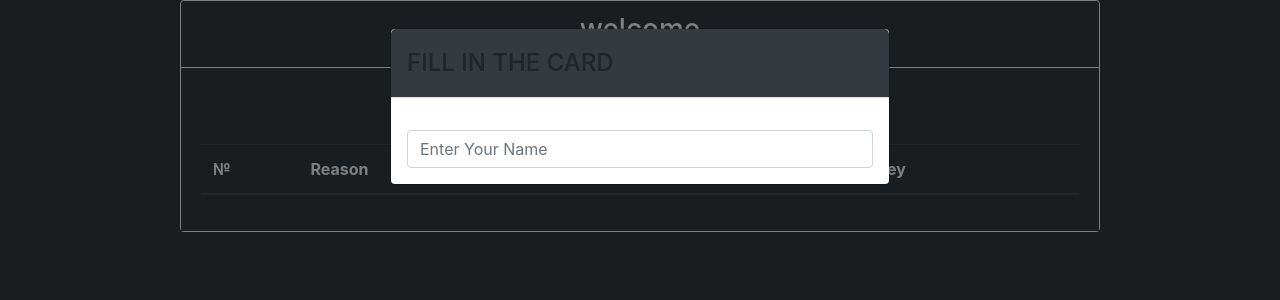
Repository: surefaceJS/allMyWorkInaliLinux
Page: hardcha/index.html
The author's editor kept a copy of each file at every save. The page is drawn from the files as they stood at one save, then again after a run of saves.
The browser window is 1280 px wide. The pictures show the whole page.

Above is the page before, as saved 2021-04-19 12:30:21.

After the next 2 saves:
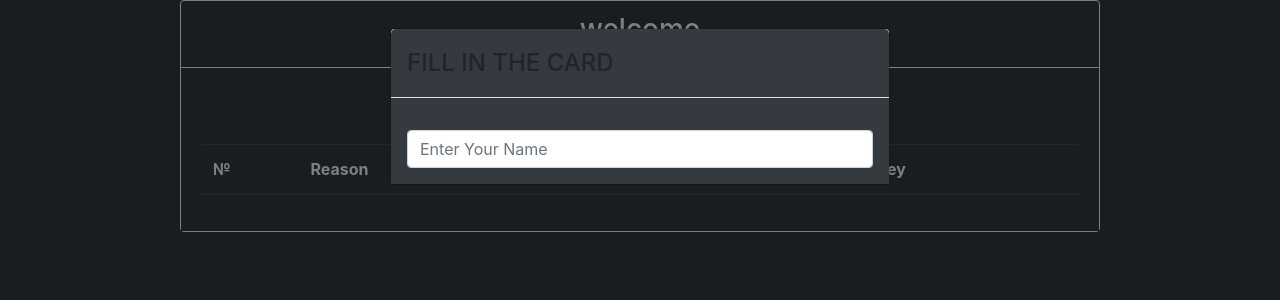
The 2 saves are shown as one change because they came seconds apart.
The last was saved 10 s later.
--- a/hardcha/index.html
+++ b/hardcha/index.html
@@ -30,7 +30,7 @@
                     </div>
 
                     <!-- Modal body -->
-                    <div class="modal-body">
+                    <div class="modal-body bg-dark">
                         <input type="text" class="form-control mt-3" id="userName" placeholder="Enter Your Name">
                     </div>
 
